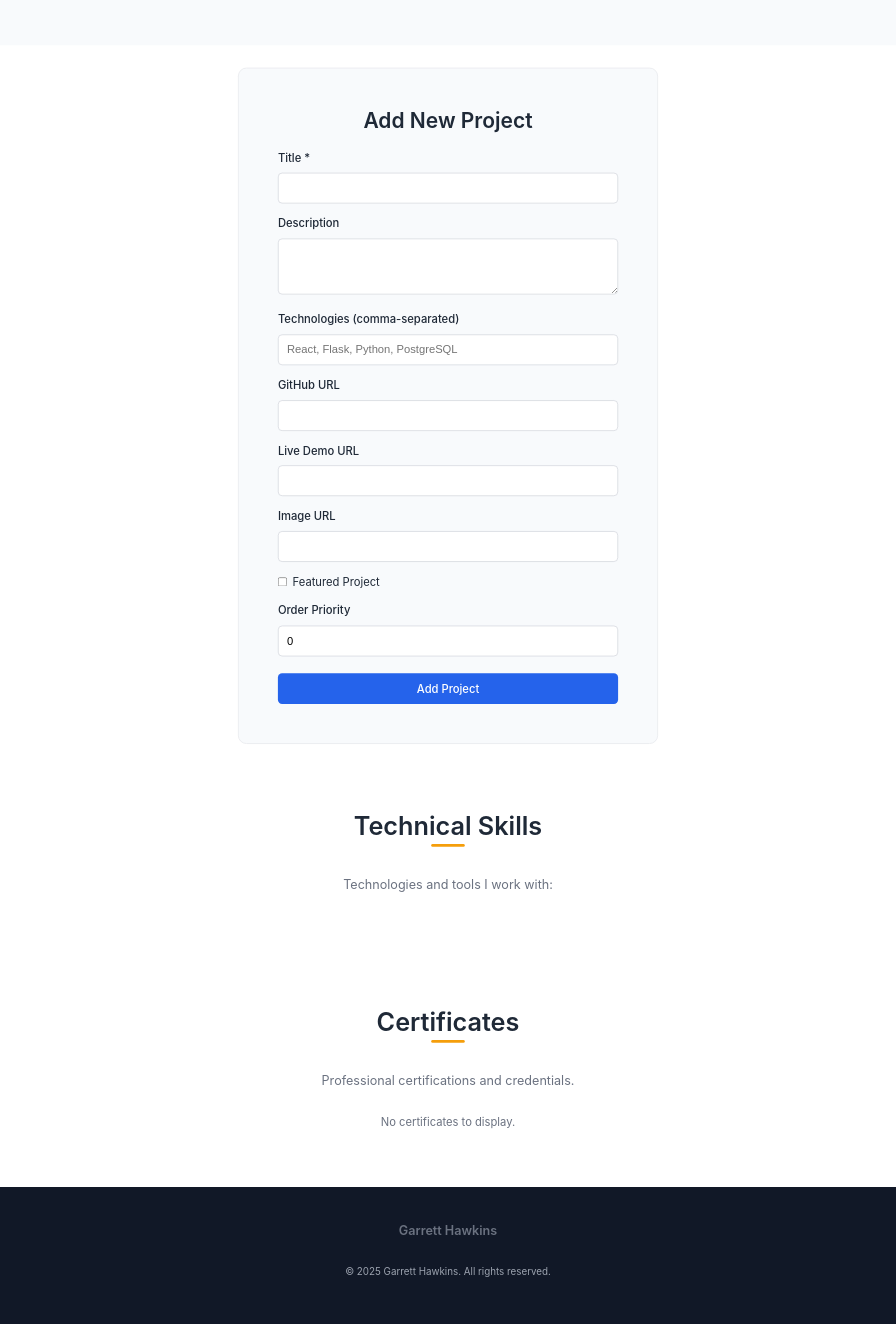
Repository: Hawk-PDX/project-dev-resume
Page: /
These files come from the project's save history. The page is drawn as it stood at one moment and after the next save; the edit follows.
The browser window is 1280 px wide. The pictures show the part of the page from y = 1484 to 3404 px (the page is 3379 px tall before and 3404 px after), at 70% of full size.
The page's requests for data from a server got no answer. The project was rebuilt for these pictures with package versions that can differ from the ones it lists, and the page was loaded fresh each time. No one was signed in, and anything a server would have sent is missing. Also part of the build but not shown: vite.config.js, src/components/ConfirmationModal.jsx, src/components/CertificateCard.jsx, src/utils/validation.js, src/components/AddCertificate.jsx.

Above is the page before, as saved 2025-09-11 19:53:35.

After the next save:
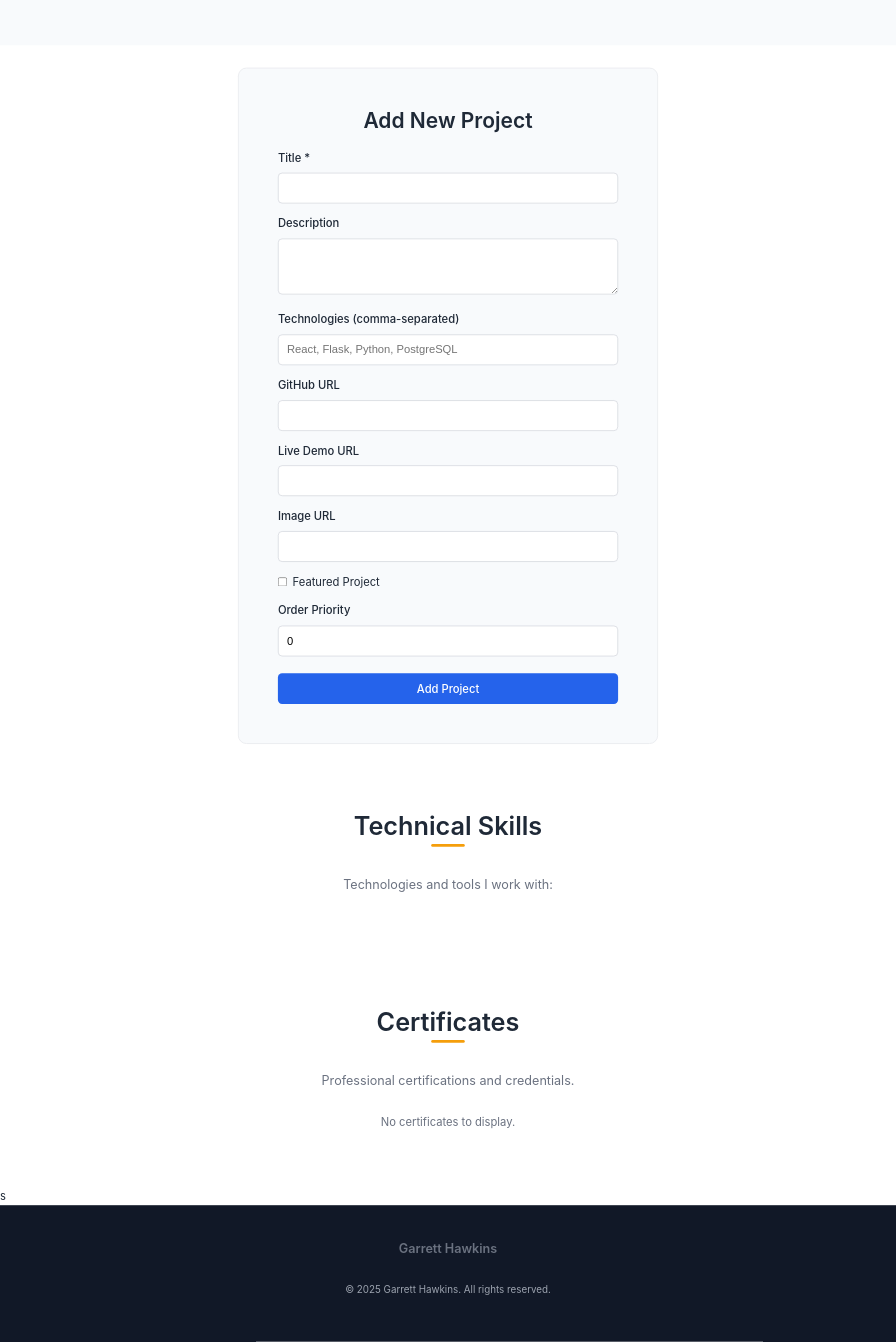
Saved 48 min 21 s later.
--- a/src/App.jsx
+++ b/src/App.jsx
@@ -63,12 +63,13 @@ function App() {
         <div id="add-project">
           <AddProject
             onProjectAdded={handleProjectAdded}
-            editProject={editProject}
+            e
+            ditProject={editProject}
             onCancelEdit={handleCancelEdit}
           />
         </div>
         <Skills />
-        <Certificates />
+        <Certificates />s
       </main>
       <Footer />
     </div>
